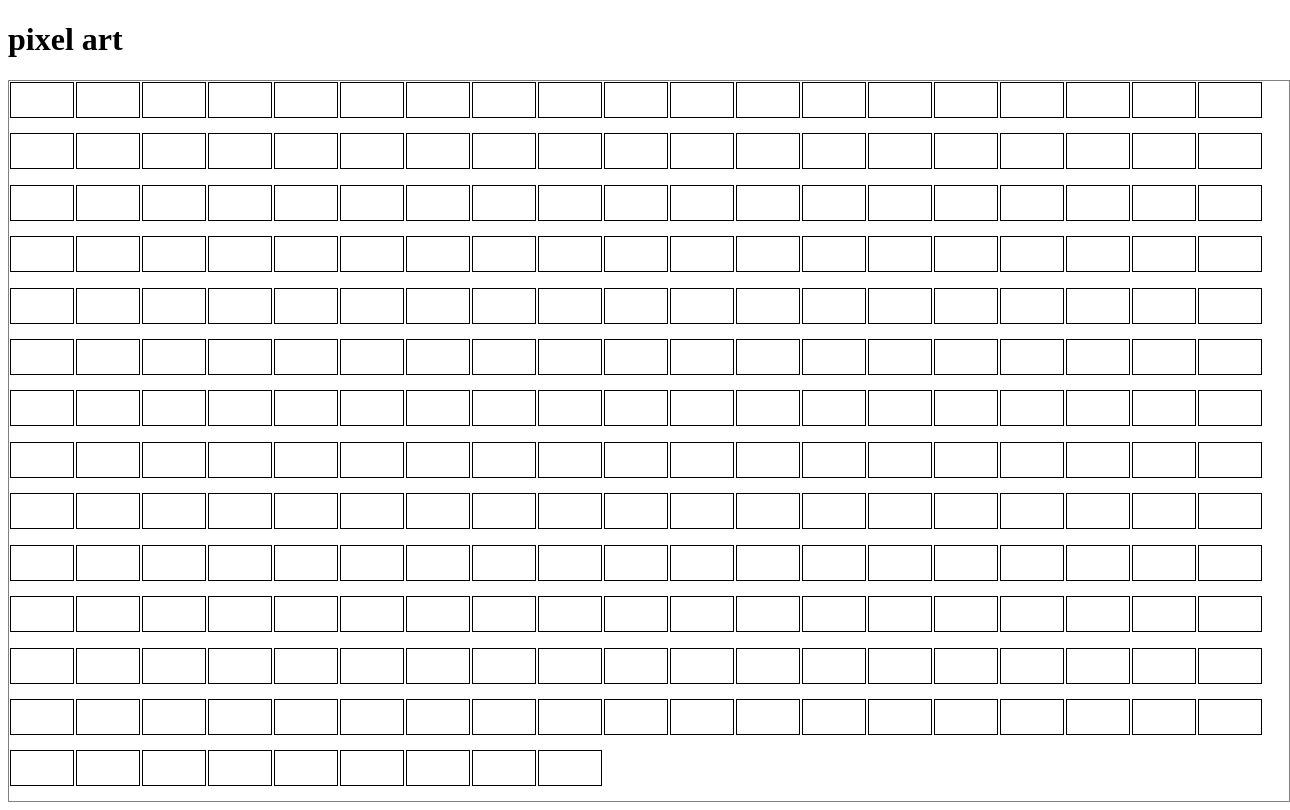
Repository: bechara611/pixelartdb
Page: /
These files come from the project's save history. The page is drawn as it stood at one moment and after the next save; the edit follows.
The browser window is 1280 px wide. The page is 1290 px wide, so the pictures cover 1290 px, including what lies to the right of the window. The pictures show the whole page.
The project was rebuilt for these pictures with package versions that can differ from the ones it lists, and the page was loaded fresh each time. Also part of the build but not shown: vite.config.js.

Above is the page before, as saved 2023-03-05 19:46:46.

### src/main.jsx
import React from 'react'
import ReactDOM from 'react-dom/client'
import App from './App'


ReactDOM.createRoot(document.getElementById('root')).render(

    <App />

)

### src/App.jsx

import { useState } from 'react'
import './App.css'
import { Pixel } from './Pixel'

const App=()=> {
const  [pixels, setPixels] = useState(
  Array.from({length:16*16})
)
const funcionArray=(index)=>{
  let nuevoArray = [...pixels]
  console.log(index)
 console.log(!nuevoArray[index])
}

  return (
    <>
      <h1>pixel art</h1>

      <div className="contenedor">
      {
        pixels.map((a,index)=>{
          return <Pixel key={index}
                  funcion={()=>funcionArray(index)}
          ></Pixel>
        })
      }

      </div>
    </>
  )
}

export default App

### src/App.css

.pixel{
  width: calc(100%/20);
  height: calc(100%/20);
  border: 1px solid black;
  margin: 1px;
  box-sizing: border-box;

}
.active{
  background: green;
}

.contenedor{

  display: flex;
  flex-direction: row;
  flex-wrap: wrap;

  border: 1px solid grey;
width: 100vw;
height: 100vh;

}

### src/Pixel.jsx
import React, { useState } from 'react'
import './App.css'
import {selectableGroup, createSelectable} from 'react-selectable-fast'
export const Pixel = (props) => {
    const [isActive, setisActive] = useState(false)
  return (

 <div className={`pixel ${props.active ? 'active' : ''}`} style={{ background:props.active ? props.color : ''}}
 onClick={()=>{
    setisActive(!isActive)
    props.funcion();
}}
onMouseDown={()=>{props.onMouseDown()}}
onMouseUp={()=>{props.onMouseUp()}}
onTouchEnd={()=>{props.onMouseUp()}}
onMouseOver={()=>{props.onMouseOver()}}
onTouchStart={()=>{{
    props.onMouseDown()
    props.onMouseOver()}}}
 >

 </div>
  )
}

Loaded but not shown: index.html (common file)

After the next save:
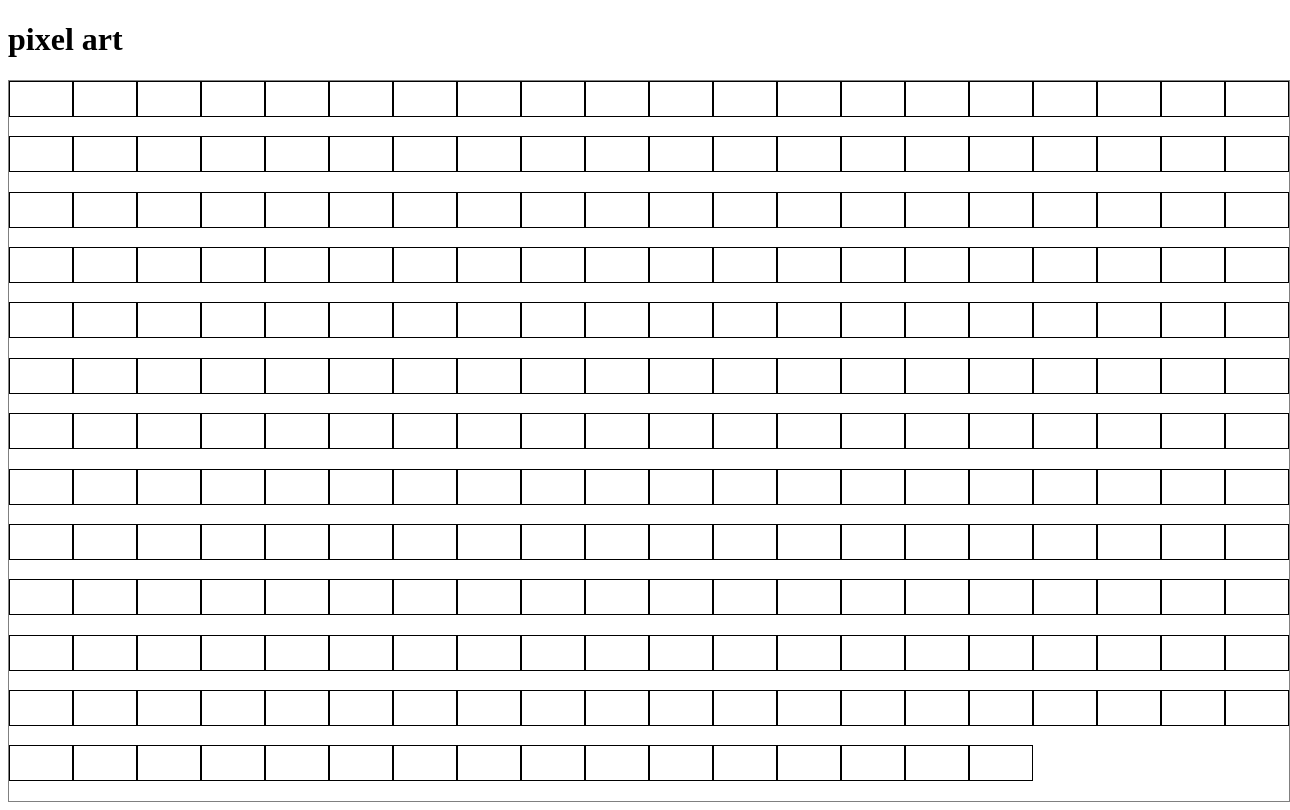
Saved 14 s later.
--- a/src/App.css
+++ b/src/App.css
@@ -3,7 +3,7 @@
   width: calc(100%/20);
   height: calc(100%/20);
   border: 1px solid black;
-  margin: 1px;
+
   box-sizing: border-box;
 
 }

After the save that followed:
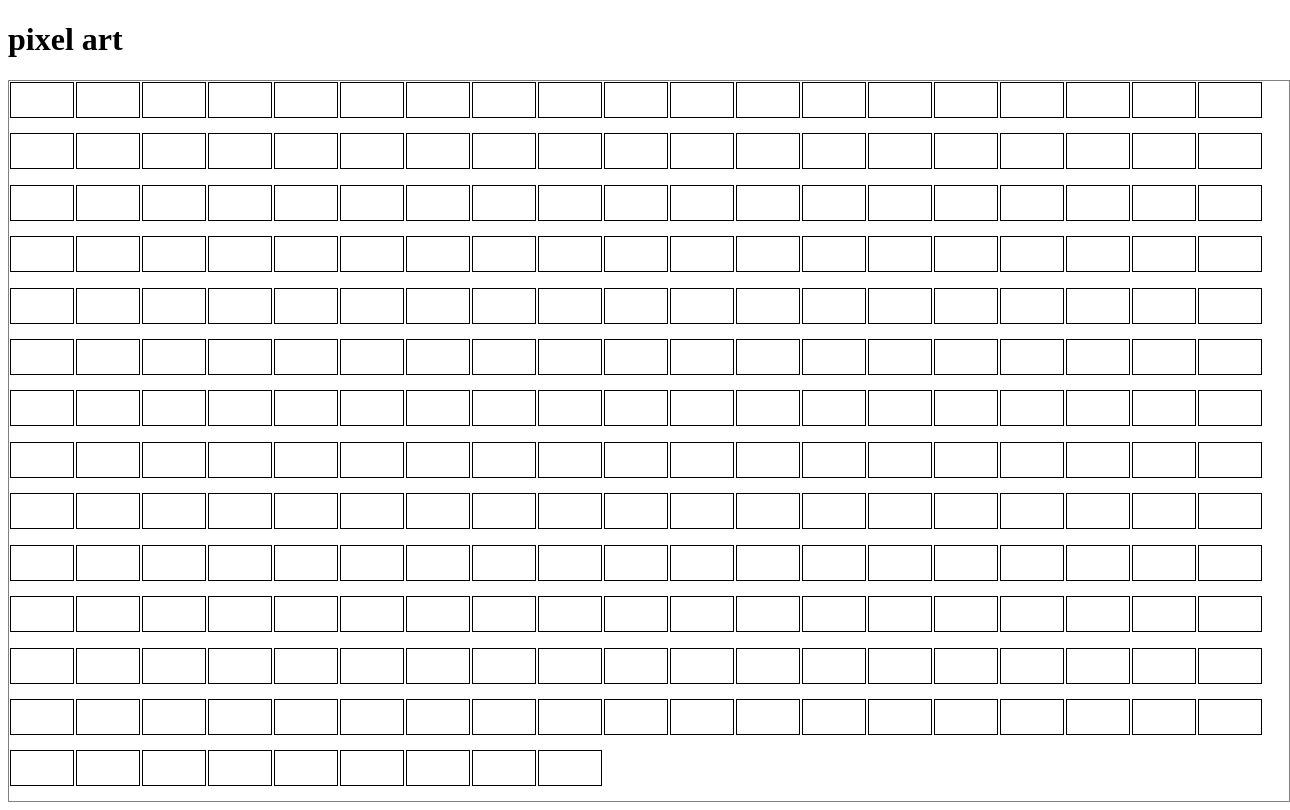
Saved 5 s later.
--- a/src/App.css
+++ b/src/App.css
@@ -3,7 +3,7 @@
   width: calc(100%/20);
   height: calc(100%/20);
   border: 1px solid black;
-
+  margin: 1px;
   box-sizing: border-box;
 
 }
